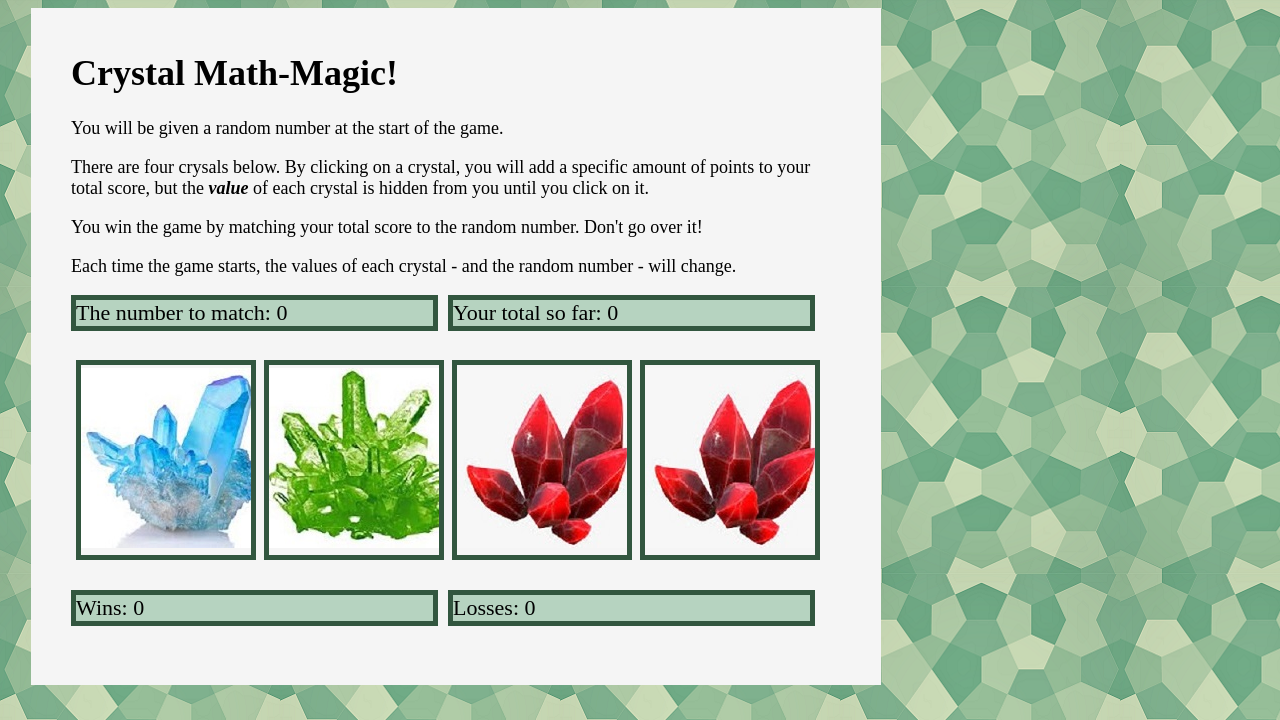
Repository: dsaftler/unit-4-game
Page: index.html
An editor plug-in stored every save of this project. The page is shown before and after the next save, followed by the edit.
The browser window is 1280 px wide. The pictures show the whole page.
Some web fonts or font styles are not loaded; a fallback is used.

Above is the page before, as saved 2019-04-01 23:22:26.

After the next save:
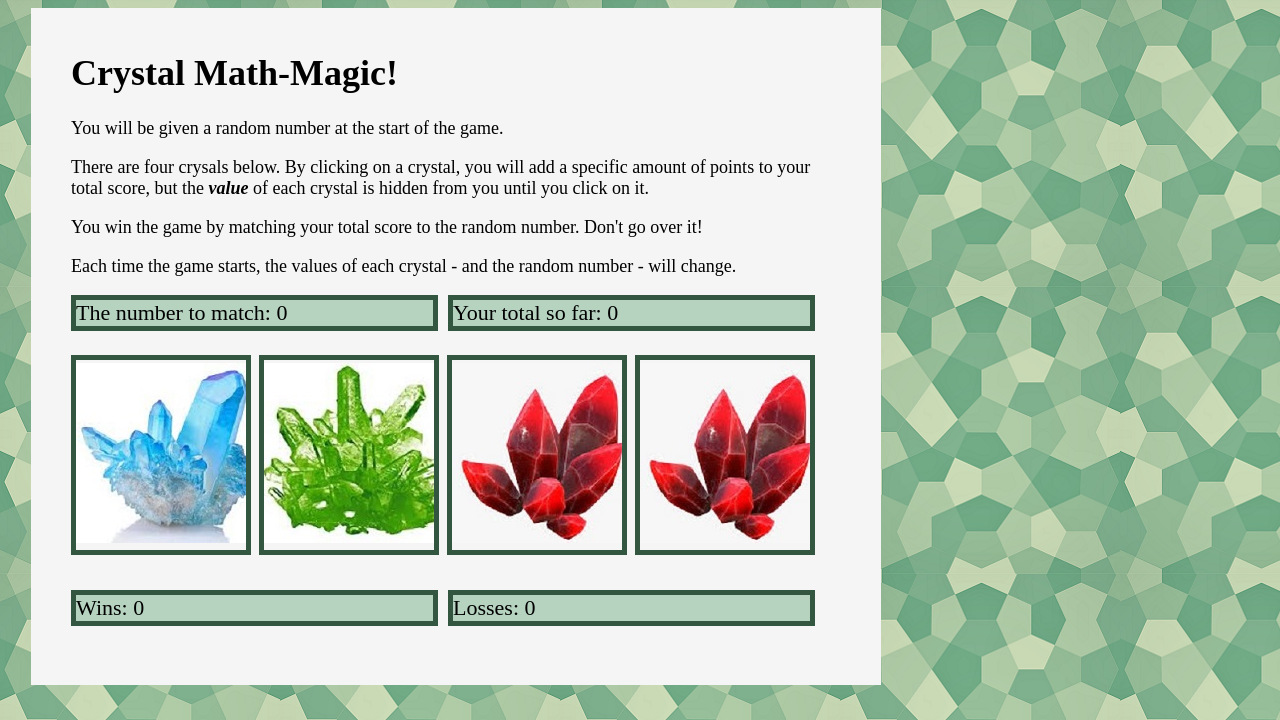
Saved 30 s later.
--- a/assets/css/style.css
+++ b/assets/css/style.css
@@ -47,7 +47,7 @@ font-size: 18px;
   /* background-color: #ffffff; */
   height: 230px;
   width: 765px;
-  padding: 5px;
+  /* padding: 5px; */
   /* padding-left:8px; */
 }
 .crystal{
